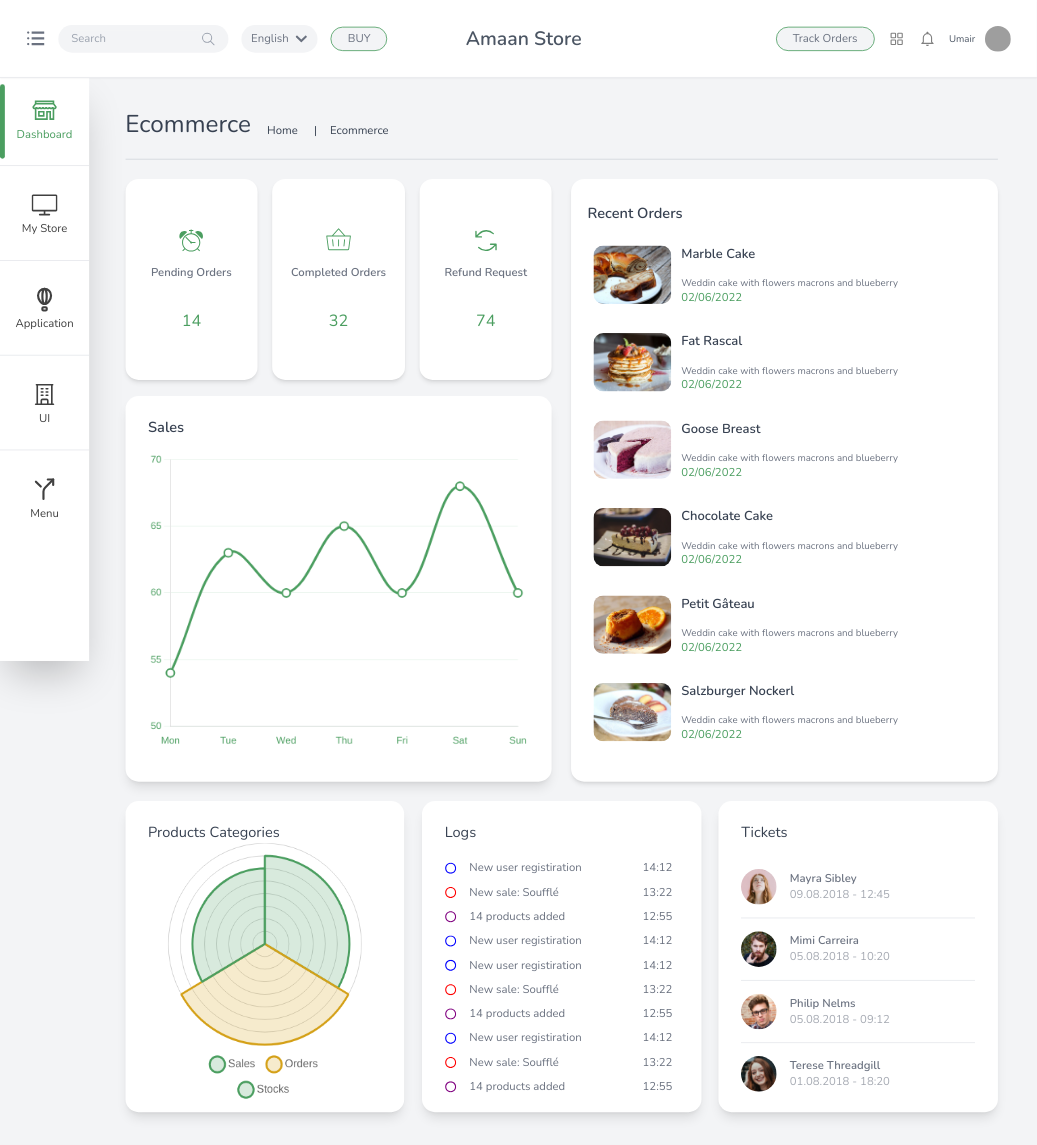
Repository: Ahsans-code/amaanstore
Page: / (app in client/)
These files come from the project's save history. The page is drawn as it stood at one moment and after the next save; the edit follows.
The browser window is 1280 px wide. The pictures show the whole page, at 81% of full size.
Pictures or frames that could not be fetched are drawn as grey boxes. An inner scrolling area shows only its first screen. The project was rebuilt for these pictures with package versions that can differ from the ones it lists, and the page was loaded fresh each time. Also part of the build but not shown: client/vite.config.js, client/src/pages/Mystore.jsx, client/src/pages/Application.jsx, client/src/pages/UI.jsx, client/src/pages/Menu.jsx.

Above is the page before, as saved 2024-11-05 23:50:33.

### client/src/main.jsx
import { StrictMode } from 'react'
import { createRoot } from 'react-dom/client'
import './index.css'
import App from './App.jsx'
import {
  createBrowserRouter,
  RouterProvider,
} from "react-router-dom";
import Home from './pages/Home.jsx';
import Mystore from './pages/Mystore.jsx';
import Application from './pages/Application.jsx';
import UI from './pages/UI.jsx';
import Menu from './pages/Menu.jsx';

const router = createBrowserRouter([
  {
    path: "/",
    element: <App />,
    children: [{
      path: "/",
      element: <Home />,
    },
    {
      path: "/Dashboard",
      element: <Home />,
    },
    {
      path:'/My Store',
      element:<Mystore/>
    },
    {
      path:'Application',
      element:<Application/>
    },
    {
      path:'/UI',
      element:<UI/>
    }
    ,
    {
      path:'/Menu',
      element:<Menu/>
    }
    ]
  },
]);

createRoot(document.getElementById('root')).render(
  <StrictMode>
    <RouterProvider router={router} />
  </StrictMode>,
)

### client/src/App.jsx
import { useState } from "react";
import { Routes, BrowserRouter as Router, Route, Outlet } from "react-router-dom";
import './App.css'
// import Dashboard from "./pages/dashboard/dashboard";
import Header from "./components/Header";
// import Signup from "./pages/auth/Signup";
// import SignIn from "./pages/auth/Signin";
// import Stores from "./pages/stores/Stores";
// import CreateNewStore from "./pages/stores/CreateNewStore";
// import AllOrders from "./pages/orders/AllOrders";
import Sidebar from "./components/Sidebar";


// const routes = [
// 	{ path: "/", element: <Home /> },
// 	{ path: "/dashboard", element: <Dashboard /> },
// 	{ path: "/signup", element: <Signup /> },
// 	{ path: "/signin", element: <SignIn /> },
// 	{ path: "/stores", element: <Stores /> },
// 	{ path: "/create-new-store", element: <CreateNewStore /> },
// 	{ path: "/orders", element: <AllOrders /> },
// 	{ path: "/order-details/:id", element: <OrderDetails /> },
// ];

const App = () => {
	const [sidebarOpen, setSidebarOpen] = useState(true);

	const toggleSidebar = () => {
		setSidebarOpen(!sidebarOpen);
	};

	return (
		<div className="">
			<Header toggleSidebar={toggleSidebar} />
			<div
				className={`flex transition-all duration-300 ${sidebarOpen ? "w-full md:w-11/12 " : "w-full"
					} absolute right-0 pt-24 `}
			>
				<Outlet />

			</div>
			<Sidebar sidebarOpen={sidebarOpen} />

		</div>

	);
};

export default App;

### client/src/App.css

@import url('https://fonts.googleapis.com/css2?family=Inter:ital,opsz,wght@0,14..32,100..900;1,14..32,100..900&family=Nunito:ital,wght@0,200..1000;1,200..1000&display=swap');
*{
      font-family: "Nunito", sans-serif;
}
.custom-scrollbar {
    overflow-y: scroll;
    /* height: 200px; Example height */


}
.custom-scrollbar::-webkit-scrollbar-thumb {
    background: transparent;
    border-radius: 100%;

}
.custom-scrollbar:hover::-webkit-scrollbar-thumb{
    background-color: #cccccc8f;
}

.custom-scrollbar::-webkit-scrollbar {
    width: 4px;

}

.custom-scrollbar::-webkit-scrollbar-track {
    background: transparent;
}

.custom-scrollbar::-webkit-scrollbar-thumb {
    background: transparent;
    border-radius: 5px;

}

.custom-scrollbar::-webkit-scrollbar-thumb:hover {
    background: #ccc;
}

### client/src/components/Header.jsx
import { useState } from "react";
import { MdOutlineSettings } from "react-icons/md";
import { PiSquaresFour } from "react-icons/pi";
import { IoMdNotificationsOutline } from "react-icons/io";
import { IoMoonOutline } from "react-icons/io5";
import { GoSearch } from "react-icons/go";
import { TfiMenuAlt } from "react-icons/tfi";
import { Link } from "react-router-dom";
import { AiOutlineFullscreen } from "react-icons/ai";
import { FaChevronDown } from 'react-icons/fa';
import Button from "./Button";

const Header = ({ toggleSidebar }) => {
	// State to toggle between search input and full header
	const [showSearchInput, setShowSearchInput] = useState(false);

	const IconWrapper = ({ Icon, size }) => (
		<Icon
			size={size}
			style={{ color: "#808080", transition: "color 0.3s" }}
			onMouseEnter={(e) => (e.currentTarget.style.color = "#4B9E60")}
			onMouseLeave={(e) => (e.currentTarget.style.color = "#808080")}
		/>
	);

	const [selected, setSelected] = useState('English');
	const [isOpen, setIsOpen] = useState(false);

	const options = [
		{ value: 'en', label: 'English' },
		{ value: 'ar', label: 'Arabic' },
		{ value: 'tr', label: 'Turkish' }
	];

	const toggleDropdown = () => setIsOpen(!isOpen);
	const handleSelect = (option) => {
		setSelected(option.label);
		setIsOpen(false);
	}

	return (
		<div className='h-24 fixed z-[50] w-full bg-white text-gray-600  md:p-6 lg:p-8 shadow-sm border-b flex items-center justify-between px-3'>
			{/* Conditionally render only the search input on small and medium screens */}
			{showSearchInput ?
				<div className='flex items-center w-full rounded-full py-2 px-3'>
					<input
						type='text'
						placeholder='Search'
						className='outline-none text-sm w-full bg-transparent'
					/>
					<GoSearch
						size={24}
						className='text-gray-400 cursor-pointer'
						onClick={() => setShowSearchInput(false)}
					/>
				</div>
				: (
					<>
						<div className='flex gap-3 md:gap-3 lg:gap-4 items-center'>
							<TfiMenuAlt
								size={24}

								onClick={toggleSidebar}
								className='cursor-pointer text-gray-500 text-lg md:text-xl lg:text-2xl'
							/>
							{/* Search icon for small and medium screens */}
							<GoSearch
								size={24}
								className='text-gray-400 cursor-pointer md:hidden'
								onClick={() => setShowSearchInput(true)}
							/>
							{/* Search input for larger screens */}
							<div className='hidden md:flex items-center rounded-full py-[7px] px-4 bg-gray-100'>
								<input
									type='text'
									placeholder='Search'
									className='outline-none text-xs md:text-sm bg-transparent md:bg-gray-100 w-28 md:w-32 lg:w-40'
								/>
								<GoSearch size={18} className='text-gray-400' />
							</div>
							<div className="relative inline-block w-fit">
								<button
									onClick={toggleDropdown}
									className="appearance-none bg-gray-100 rounded-full py-[7px] px-3 text-xs md:text-sm text-gray-500 w-full flex justify-between items-center"
								>
									<span className="pr-2">{selected}</span>
									<FaChevronDown className={`w-4 h-4  text-gray-500 transition-transform ${isOpen ? 'rotate-180' : ''}`} />
								</button>
								{isOpen && (
									<div className="absolute mt-2 w-44 bg-white border rounded-lg shadow-lg z-10">
										{options.map((option) => (
											<div
												key={option.value}
												onClick={() => handleSelect(option)}
												className="px-4 py-2 hover:bg-gray-100 cursor-pointer text-sm"
											>
												{option.label}
											</div>
										))}
									</div>
								)}
							</div>
							<Button className={'max-lg:hidden'} text={'BUY'}/>
						</div>
						<Link
							to={"/"}
							className='font-semibold text-lg md:text-xl lg:text-2xl text-gray-600 text-center xl:-translate-x-1/2'
						>
							Amaan Store
						</Link>
						<ul className='flex gap-3 md:gap-4 items-center justify-self-end'>
							<Button className={'max-md:hidden'} text={"Track Orders"}/>
							<li className="cursor-pointer max-md:hidden">
								<IconWrapper Icon={PiSquaresFour} size={22} />
							</li>
							<li className="cursor-pointer">
								<IconWrapper Icon={IoMdNotificationsOutline} size={22} />
							</li>

							{/* Text is hidden on small and medium screens */}

							<li className='flex gap-3 justify-between items-center cursor-pointer'>
							<p className='hidden lg:block text-xs'>Umair</p>
								<img
									src='https://cdn.pixabay.com/photo/2015/10/05/22/37/blank-profile-picture-973460_1280.png'
									alt='profile image'
									className='h-8 w-8 rounded-full'
								/>
							</li>
						</ul>
					</>
				)}
		</div>
	);
};

export default Header;

### client/src/components/Sidebar.jsx
import { useState } from "react";
import { SlScreenDesktop } from "react-icons/sl";
import { LiaStoreAltSolid } from "react-icons/lia";
import { TbAirBalloon } from "react-icons/tb";
import { HiOutlineBuildingOffice } from "react-icons/hi2";
import { TbArrowBearRight2 } from "react-icons/tb";

import { useNavigate } from "react-router-dom";

const Sidebar = ({ sidebarOpen }) => {
  const [activeIndex, setActiveIndex] = useState(0);

  const menuItems = [
    { icon: LiaStoreAltSolid, label: "Dashboard" },
    { icon: SlScreenDesktop, label: "My Store" },
    { icon: TbAirBalloon, label: "Application" },
    { icon: HiOutlineBuildingOffice, label: "UI" },
    { icon: TbArrowBearRight2, label: "Menu" },
  ];

  const navigate = useNavigate();
  const handleNavigation = (label) => {
    navigate(`${label}`);
  };

  return (
    <div
      className={`fixed top-24 pb-24 left-0 h-screen bg-white text-sm transition-transform duration-300 ease-in-out shadow-2xl custom-scrollbar
        ${sidebarOpen ? "translate-x-0" : "-translate-x-full"}
        w-[100px] md:w-[110px]`}
      style={{ fontFamily: "'Roboto', sans-serif" }}
    >
      <div>
        <ul className="space-y-2">
          {menuItems.map((item, index) => {
            const Icon = item.icon;
            const isActive = activeIndex === index;

            return (
              <li
                key={index}
                onClick={() => {
                  handleNavigation(item.label);
                  setActiveIndex(index);
                }}
                className={`menuItem flex flex-col py-6 items-center cursor-pointer border-b-[1px] border-gray-200 relative last:border-0
                  ${isActive
                    ? "text-[#4B9E60] before:content-[''] before:absolute before:left-0 before:top-2 before:bottom-2 before:w-[6px] before:bg-[#4B9E60] before:rounded-full"
                    : "text-[#404040]"}
                `}
                style={{ fontWeight: 300 }}
              >
                <Icon size={32} />
                <p className="py-1" style={{ fontWeight: 300 }}>
                  {item.label}
                </p>
              </li>
            );
          })}
        </ul>
      </div>
    </div>
  );
};

export default Sidebar;

### client/src/components/Heading.jsx
import React from 'react'

export default function Heading({title,sub1,sub2,sub3,sub4}) {
    return (
        <div className=''>
            <div className='border-b-[1px] text-gray-700 border-gray-300 flex gap-5 pb-6  items-end '>

                <h1 className='text-3xl'>{title}</h1>
                <p className='text-sm'>{sub1} </p>
                <p  className='text-sm'>{sub2&&<span className='pr-4'>|</span>}{sub2} </p>
                <p className='text-sm'>{sub3&&<span className='pr-4'>|</span>}{sub3} </p>
                <p className='text-sm'>{sub4&&<span className='pr-4'>|</span>}{sub4}</p>
            </div>
        </div>
    )
}

### client/src/components/Logs.jsx
import React from 'react'
import { FaRegCircle } from "react-icons/fa";
export default function Logs() {
    const logsData = [
        {
            log: 'New user registiration',
            date: '14:12',
            color: 'blue'
        },
        {
            log: 'New sale: Soufflé',
            date: '13:22',
            color: 'red'
        },
        {
            log: '14 products added',
            date: '12:55',
            color: 'purple'
        },
        {
            log: 'New user registiration',
            date: '14:12',
            color: 'blue'
        },
        {
            log: 'New user registiration',
            date: '14:12',
            color: 'blue'
        },
        {
            log: 'New sale: Soufflé',
            date: '13:22',
            color: 'red'
        },
        {
            log: '14 products added',
            date: '12:55',
            color: 'purple'
        },
        {
            log: 'New user registiration',
            date: '14:12',
            color: 'blue'
        },
        {
            log: 'New sale: Soufflé',
            date: '13:22',
            color: 'red'
        },
        {
            log: '14 products added',
            date: '12:55',
            color: 'purple'
        },
        {
            log: 'New user registiration',
            date: '14:12',
            color: 'blue'
        },
        {
            log: 'New sale: Soufflé',
            date: '13:22',
            color: 'red'
        },
        {
            log: '14 products added',
            date: '12:55',
            color: 'purple'
        },
    ]
    return (
        <div className="bg-white rounded-2xl px-7 py-2 h-96 w-full shadow-lg overflow-hidden  ">
            <h2 className='py-4 text-lg'>Logs</h2>

            <div className='custom-scrollbar h-[80%] '>
                {logsData.map((log, idx) => (
                    <div key={idx} className='flex items-center py-[5px] text-sm w-full  justify-between text-gray-500'>
                        <div className='flex items-center'>
                            <FaRegCircle color={log.color} className=' justify-start ' />
                            <p className='justify-start pl-4'>{log.log}</p>
                        </div>
                        <p className='pr-2'>{log.date}</p>
                    </div>
                ))
                }
            </div>

        </div>
    )
}

### client/src/components/Ticket.jsx
import React from 'react'
import { FaRegCircle } from "react-icons/fa";
import p1 from '../images/p1.jpg'
import p2 from '../images/p2.jpg'
import p5 from '../images/p5.jpg'
import p3 from '../images/p3.jpg'
import p4 from '../images/p4.jpg'
export default function Ticket() {

    const ticketsData = [
        {
            image: p1,
            name: 'Mayra Sibley',
            date: '09.08.2018 - 12:45'
        },
        {
            image: p2,
            name: 'Mimi Carreira',
            date: '05.08.2018 - 10:20'
        },
        {
            image: p3,
            name: 'Philip Nelms',
            date: '05.08.2018 - 09:12'
        },
        {
            image: p4,
            name: 'Terese Threadgill',
            date: '01.08.2018 - 18:20'
        },
        {
            image: p5,
            name: 'Kathryn Mengel',
            date: '27.07.2018 - 11:45'
        },
        {
            image: p1,
            name: 'Mayra Sibley',
            date: '09.08.2018 - 12:45'
        },
        {
            image: p2,
            name: 'Mimi Carreira',
            date: '05.08.2018 - 10:20'
        },
        {
            image: p3,
            name: 'Philip Nelms',
            date: '05.08.2018 - 09:12'
        },
        {
            image: p4,
            name: 'Terese Threadgill',
            date: '01.08.2018 - 18:20'
        },
        {
            image: p5,
            name: 'Kathryn Mengel',
            date: '27.07.2018 - 11:45'
        },
    ]
    return (
        <div className="bg-white rounded-2xl px-7 py-2 h-96 w-full shadow-lg overflow-hidden  ">
            <h2 className='py-4 text-lg'>Tickets</h2>

            <div className='custom-scrollbar h-[80%] '>
                {ticketsData.map((ticket, idx) => (
                    <div key={idx} className='flex items-center py-4 border-b-[1px] text-sm w-full  text-gray-500'>
                        <img src={ticket.image} alt="" className='w-11 rounded-full ' />
                        <div className='flex flex-col justify-between pl-4'>
                            <p className='font-semibold'>{ticket.name}</p>
                            <p className='opacity-60'>{ticket.date}</p>
                        </div>

                    </div>
                ))
                }
            </div>

        </div>
    )
}

### client/src/components/PolarAreaChart.jsx
import React from 'react';
import { PolarArea } from 'react-chartjs-2';
import { Chart as ChartJS, RadialLinearScale, ArcElement, Tooltip, Legend } from 'chart.js';

ChartJS.register(RadialLinearScale, ArcElement, Tooltip, Legend);

function PolarAreaChart() {
    const data = {
        labels: ['Sales', 'Orders', 'Stocks'],
        // padding:'20px',
        datasets: [
            {
                label: 'My Dataset',
                data: [7,8,6], // Example data
                backgroundColor: [
                    '#4b9e6037',
                    '#D4A01737',
                    '#4b9e6037',
                ],
                borderColor: [
                    '#4B9E60',
                    '#D4A017',
                    '#4B9E60',
                ],
                borderWidth: 3,
                // boxShadow:'-20px 20px 20px black '

            },
        ],
    };

    const options = {
        responsive: true,
        maintainAspectRatio: false,
        plugins: {
            legend: {
                position: 'bottom',

                labels:{
                    usePointStyle: true, // This makes the legend use point style
                    pointStyle: 'circle', // Specifies the circle shape for the legend
                    padding: 20,
                    font: {
                        size: 16, // Change this to the desired font size
                      },

                }

            },
        },
        scales: {

            r: {
                grid: {
                    color: 'rgba(0, 0, 0, 0.2)',

                },
                ticks: {
                    display:false
                    // backdropColor: 'transparent',
                },
            },
        },
    };

    return (
        <div className="bg-white rounded-2xl px-7 py-2 h-96 w-full shadow-lg">
            <h2 className='py-4 text-lg'>Products Categories</h2>

            <PolarArea className='p-6   -translate-y-10  ' data={data} options={options} />

        </div>

    );
}

export default PolarAreaChart;

### client/src/components/SalesChart.jsx
import React from 'react';
import { Line } from 'react-chartjs-2';
import { Chart as ChartJS, LineElement, CategoryScale, LinearScale, PointElement, Tooltip, Legend } from 'chart.js';

ChartJS.register(LineElement, CategoryScale, LinearScale, PointElement, Tooltip, Legend);

function SalesChart() {
    const data = {
        labels: ['Mon', 'Tue', 'Wed', 'Thu', 'Fri', 'Sat', 'Sun'],
        datasets: [
            {
                label: 'Weekly Data',
                data: [54, 63, 60, 65, 60, 68, 60], // Example data points
                borderColor: '#4B9E60',
                backgroundColor: 'rgba(75, 158, 96, 0.2)', // Light green for the area under the line
                borderWidth: 3,
                tension: 0.4, // Smooth curve
                pointBackgroundColor: '#fff',
                pointBorderColor: '#4B9E60',
                pointBorderWidth: 2,
                pointRadius: 5,
                fill: true, // Fills the area under the line
            },
        ],
    };

    const options = {
        responsive: true,
        maintainAspectRatio: false,
        plugins: {
            legend: {
                display: false,

                labels: {
                    color: '#4B9E60', // Label color
                    font: {
                        size: 14,
                    },
                },
            },
        },
        scales: {
            x: {
                grid: {
                    display: false, // Removes the grid lines from the x-axis
                },
                ticks: {

                    color: '#4B9E60', // Tick color
                },
            },
            y: {
                max: 70, // Maximum value of y-axis
                min: 50,
                beginAtZero: false,

                ticks: {
                    stepSize: 5, // Steps of 5
                    color: '#4B9E60',
                },
                grid: {
                    color: 'rgba(75, 158, 96, 0.1)', // Light green grid lines
                },
            },
        },
    };

    return (
        <div className='bg-white rounded-2xl px-7 py-2 shadow-lg h-full custom-scrollbar '>
            <h2 className='py-4 text-lg font-semibold'>Sales</h2>
            <div className='h-[80%]'>
                <Line data={data} options={options} />
            </div>
        </div>
    );
}

export default SalesChart;

### client/src/components/Button.jsx
import React from 'react'

export default function Button({text,className}) {
    return (
        <button className={`${className} bg-gray-100 rounded-full py-1 px-5 text-xs md:text-sm text-gray-500 border border-[#4B9E60] hover:bg-[#4B9E60] hover:text-white transition-all duration-200`}>
            {text}
        </button>
    )
}

Loaded but not shown: client/index.html (common file); client/src/index.css (common file); client/tailwind.config.js (common file); client/src/pages/Home.jsx (176 lines, source omitted)

After the next save:
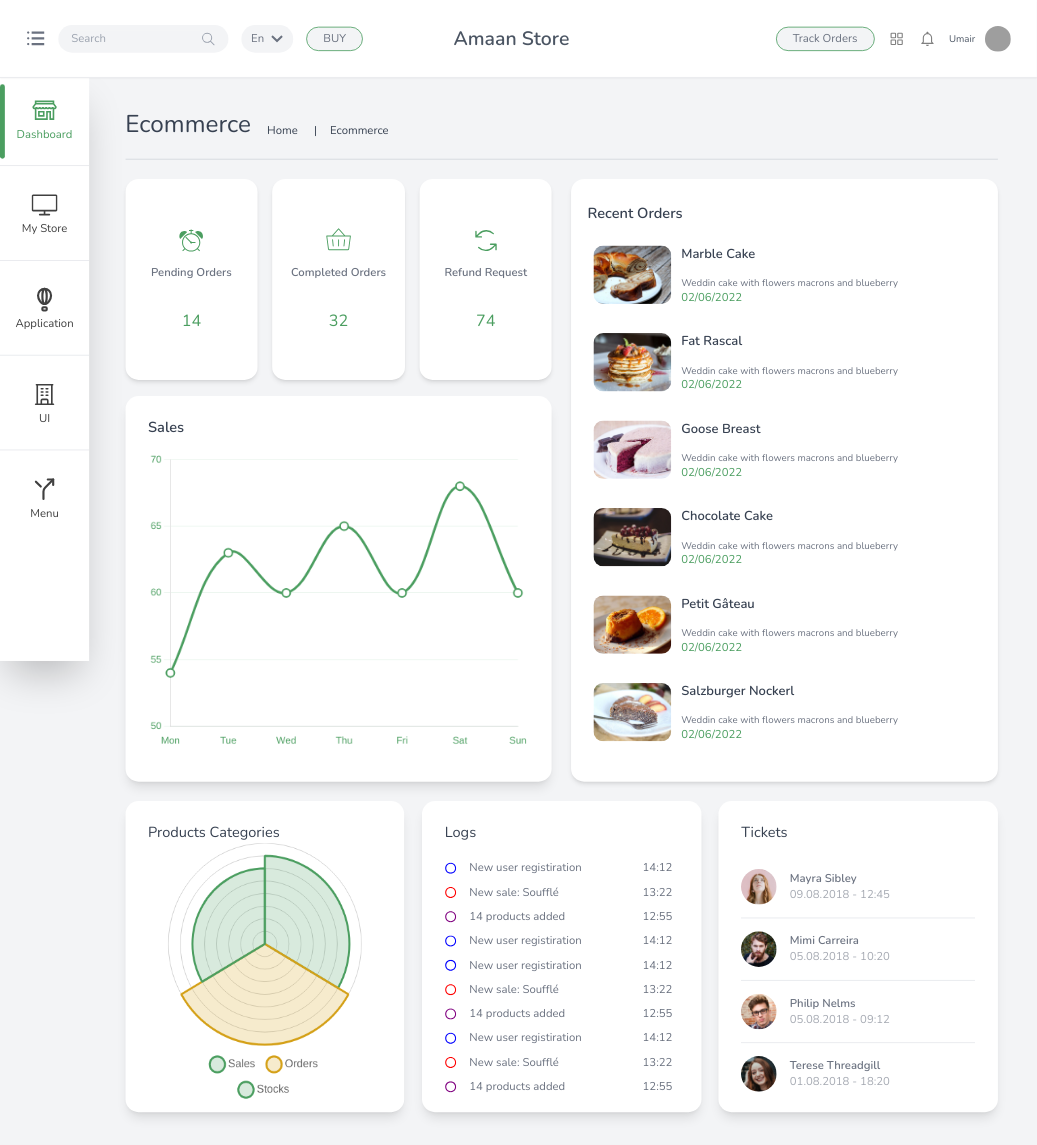
Saved 77 s later.
--- a/client/src/components/Header.jsx
+++ b/client/src/components/Header.jsx
@@ -23,7 +23,7 @@ const Header = ({ toggleSidebar }) => {
 		/>
 	);
 
-	const [selected, setSelected] = useState('English');
+	const [selected, setSelected] = useState('En');
 	const [isOpen, setIsOpen] = useState(false);
 
 	const options = [
@@ -34,7 +34,7 @@ const Header = ({ toggleSidebar }) => {
 
 	const toggleDropdown = () => setIsOpen(!isOpen);
 	const handleSelect = (option) => {
-		setSelected(option.label);
+		setSelected(option.value);
 		setIsOpen(false);
 	}
 
